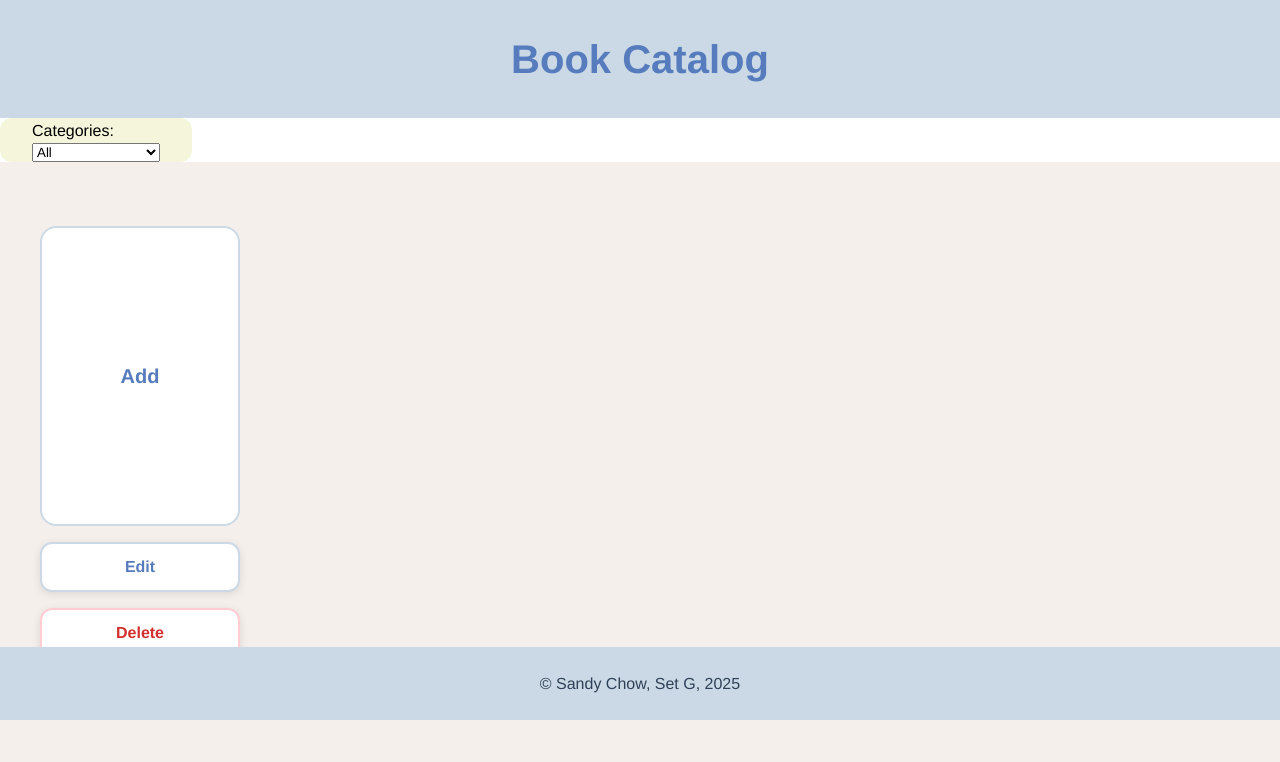
Repository: Bcit-sandy/COMP3170_Lab7
Page: /
These files come from the project's save history. The page is drawn as it stood at one moment and after the next save; the edit follows.
The browser window is 1280 px wide. The pictures show the whole page.
The project was rebuilt for these pictures with package versions that can differ from the ones it lists, and the page was loaded fresh each time. Also part of the build but not shown: vite.config.js, src/components/Info.jsx, src/components/Book.jsx.

Above is the page before, as saved 2025-10-25 23:42:55.

### index.html
<!doctype html>
<html lang="en">
  <head>
    <meta charset="UTF-8" />
    <link rel="icon" type="image/svg+xml" href="/vite.svg" />
    <meta name="viewport" content="width=device-width, initial-scale=1.0" />
    <title>Book Catalog App</title>
  </head>
  <body>
    <div id="root"></div>
    <script type="module" src="/src/main.jsx"></script>
  </body>
</html>

### src/main.jsx
import { StrictMode } from 'react';
import { createRoot } from 'react-dom/client';
import './index.css';
import './components/Modal/Modal.css';
import App from './App.jsx';

createRoot(document.getElementById('root')).render(
  <StrictMode>
    <App />
  </StrictMode>,
)

### src/index.css
:root {
  --light-blue-color: #CBD9E6;
  --blue-color: #567cbd;
  --beige-color: #f5efeb;
  --dark-blue-color: #2f4156;
  --white-color: #ffffff;
}

*{
  font-family: Helvetica, sans-serif
}

body {
  margin: 0;
  padding: 0;
  line-height: 1.6;
}

.app-header {
  background-color: var(--light-blue-color);
  min-height: 12vh;
  display: flex;
  flex-direction: column;
  align-items: center;
  justify-content: center;
}

.app-name {
  font-size: 2.5rem;
  color: var(--blue-color);
}

.app-main {
  background: var(--beige-color);
  width: 100%;
  min-height: 70vh;
  display: flex;
  flex-direction: column;
  align-items: center;
  justify-content: center;
  padding: 2rem 0;
  flex-wrap: wrap;
}

.app-main-content {
  background: var(--white-color);
  min-height: 10vh;
  width: 100%;
  display: flex;
  flex-direction: column;
  align-items: center;
  justify-content: center;
  padding: 2rem;
  border-radius: 12px;
  margin: 1rem;
  max-width: 1000px;
  flex-wrap: wrap;
}

.learn-more {
  color: var(--blue-color);
  text-decoration: none;
  transition: all 0.3s ease;
}

.learn-more:hover {
  color: var(--dark-blue-color);
  text-decoration: underline;
}

.app-main-content-text {
  font-size: 16px;
  color: var(--dark-blue-color);
  font-weight: 400;
  text-align: center;
  max-width: 600px;
  line-height: 1.7;
}

.add-button {
  background: var(--white-color);
  color: var(--blue-color);
  border: 2px solid var(--light-blue-color);
  border-radius: 16px;
  width: 200px;
  height: 300px;
  display: flex;
  align-items: center;
  justify-content: center;
  cursor: pointer;
  transition: all 0.3s ease;
  font-size: 1.25rem;
  font-weight: 600;
  box-shadow: 0 4px 12px var(--shadow-light);
  position: relative;
  overflow: hidden;

}

.add-button:hover {
  background-color: var(--blue-color);
  color: var(--white-color);
  box-shadow: 0 4px 15px rgba(0, 0, 0, 0.2);
  transform: translateY(-2px);
}

/* Update and Delete Button Styles */
.update-button,
.delete-button {
  background: var(--white-color);
  color: var(--blue-color);
  border: 2px solid var(--light-blue-color);
  border-radius: 12px;
  width: 200px;
  height: 50px;
  display: flex;
  align-items: center;
  justify-content: center;
  cursor: pointer;
  transition: all 0.3s ease;
  font-size: 1rem;
  font-weight: 600;
  box-shadow: 0 2px 8px rgba(0, 0, 0, 0.1);
  position: relative;
  overflow: hidden;
}

.update-button:hover {
  background-color: var(--blue-color);
  color: var(--white-color);
  border-color: var(--blue-color);
  box-shadow: 0 4px 12px rgba(86, 124, 189, 0.3);
  transform: translateY(-2px);
}

.delete-button {
  background: var(--white-color);
  color: #d32f2f;
  border: 2px solid #ffcdd2;
}

.delete-button:hover {
  background-color: #d32f2f;
  color: var(--white-color);
  border-color: #d32f2f;
  box-shadow: 0 4px 12px rgba(211, 47, 47, 0.3);
  transform: translateY(-2px);
}

.update-button:active,
.delete-button:active {
  transform: translateY(0);
  box-shadow: 0 2px 6px rgba(0, 0, 0, 0.2);
}

.app-content-container {
  display: grid;
  grid-template-columns: 200px 1fr;
  gap: 2rem;
  margin: 2rem auto;
  width: 100%;
  max-width: 1200px;
  padding: 0 1rem;
  margin-bottom: 10vh;
  align-items: start;
  justify-items: start;
  justify-content: center;
}

.add-button-column {
  grid-column: 1;
  grid-row: 1/ -1;
  display: flex;
  flex-direction: column;
  justify-content: center;
  align-items: center;
  gap: 1rem;
}

.button-group {
  display: flex;
  flex-direction: column;
  gap: 1rem;
  align-items: center;
  width: 100%;
}

.books-grid {
  grid-column: 2;
  display: grid;
  grid-template-columns: repeat(auto-fill, minmax(180px, 1fr));
  gap: 2rem;
  width: 100%;
  align-items: start;
  justify-items: start;
}

/* Responsive design --- smaller screens */
@media (max-width: 768px) {
  .app-main-content {
    width: 80%;
  }

  .app-content-container {
    grid-template-columns: auto;
    gap: 1rem;
  }

  .add-button-column {
    grid-row: 1/ -1;
    margin-bottom: 2rem;
  }

  .books-grid {
    grid-template-columns: repeat(auto-fill, minmax(180px, 1fr));
    gap: 2rem;
  }

  .add-button,
  .update-button,
  .delete-button {
    width: 150px;
    height: 45px;
    font-size: 0.9rem;
  }

  .add-button {
    height: 200px;
  }
}

.book-container {
  width: 200px;
  height: 300px;
  display: flex;
  flex-direction: column;
  align-items: center;
  border: none;
  background: var(--white-color);
  border-radius: 12px;
  transition: all 0.3s ease;
  overflow: hidden;
  justify-self: start;
  align-self: start;
}

.book-container:hover {
  transform: translateY(-4px);
  box-shadow: 0 8px 20px rgba(0, 0, 0, 0.15);
}

.book-container {
  cursor: pointer;
  position: relative;
}

.book-selected {
  border: 3px solid var(--blue-color) !important;
  background: var(--light-blue-color) !important;
  transform: translateY(-2px);
  box-shadow: 0 6px 16px var(--dark-blue-color) 50%;
}

.remove-button {
  position: absolute;
  top: 8px;
  right: 8px;
  background: var(--dark-blue-color);
  color: var(--white-color);
  border: none;
  border-radius: 50%;
  width: 25px;
  height: 25px;
  display: flex;
  align-items: center;
  justify-content: center;
  font-size: 16px;
  font-weight: bold;
  cursor: pointer;
  opacity: 0;
  transition: opacity 0.2s ease, background 0.2s ease;
  z-index: 2;
}

.book-container:hover .remove-button {
  opacity: 1;
}

.remove-button:hover {
  background: #d32f2f;
  transform: scale(1.1);
}

.book-cover {
  width: 100%;
  height: 100%;
  position: relative;
  overflow: hidden;
}

.book-cover-image {
  width: 100%;
  height: 100%;
  object-fit: cover;
  transition: transform 0.3s ease;
}

.book-container:hover .book-cover-image {
  transform: scale(1.05);
}

.book-price {
  font-size: 16px;
  background: var(--white-color);
  color: var(--dark-blue-color);
  margin: 0;
  width: 100%;
  height: 10px;
  font-weight: bold;
  text-align: center;
  padding: 0.75rem 0.5rem;
  display: flex;
  align-items: center;
  justify-content: center;
  border-top: 1px solid var(--light-blue-color);
}


.info-container {
  width: 100%;
  height: 50px;
  display: flex;
  align-items: center;
  justify-content: center;
  background: var(--light-blue-color);
  border-top: 1px solid var(--light-blue-color);
}

.info-link {
  font-size: 14px;
  color: var(--blue-color);
  background-color: var(--light-blue-color);
  width: 100%;
  height: 100%;
  font-weight: bold;
  text-decoration: none;
  cursor: pointer;
  transition: all 0.3s ease;
  display: flex;
  align-items: center;
  justify-content: center;
  border-radius: 0 0 12px 12px;
}

.info-link:hover {
  color: var(--dark-blue-color);
  text-decoration: underline;
  font-size: 16px;
}

.app-footer {
  background-color: var(--light-blue-color);
  color: var(--dark-blue-color);
  width: 100%;
  height: 10vh;
  display: flex;
  align-items: center;
  justify-content: center;
  position: fixed;
  bottom: 0;
  left: 0;
  border-top: 1px solid var(--light-blue-color);
  font-weight: 500;
  font-size: 16px;
}

### src/components/Modal/Modal.css
/* Modal dialog base */
dialog {
  border: none;
  border-radius: 16px;
  padding: 3rem;
  width: 100vw;
  max-width:400px;
  background: var(--white-color);
  box-shadow: 0 12px 40px rgba(0, 0, 0, 0.25);
}

/* Backdrop */
dialog::backdrop {
  background: rgba(47, 65, 86, 0.15);
  backdrop-filter: blur(2px);
}

/* Heading */
.new-book-form h2,
.form-container h2 {
  margin: 0 0 1rem 0;
  color: var(--blue-color);
  font-size: 1.5rem;
}

/* Form layout */
.new-book-form,
.form-container form {
  display: flex;
  flex-direction: column;
  gap: 1rem;
}

.new-book-form label,
.form-container .form-control label {
  color: var(--dark-blue-color);
  font-weight: bold;
  margin-bottom: 0.5rem;
}

.new-book-form input,
.form-container .form-control input {
    align-items: center;
    height: 1rem;
    font-size: 1rem;
    width: 100%;
    padding: 0.5rem;
    border: 2px solid var(--light-blue-color);
    border-radius: 10px;
}


/* Button style */
.button-primary,
.btn.primary {
  background: var(--blue-color);
  color: var(--white-color);
  border: 1px solid var(--blue-color);
  border-radius: 10px;
  padding: 0.5rem;
  width:50%;
  font-weight: bold;
  cursor: pointer;
}

.button-primary:hover,
.btn.primary:hover {
  background: var(--dark-blue-color);
}

.button-secondary {
  background: var(--white-color);
  color: var(--blue-color);
  border: 2px solid var(--light-blue-color);
  border-radius: 10px;
  padding: 0.5rem 0.9rem;
  font-weight: bold;
  cursor: pointer;
}

.button-secondary:hover {
  background: var(--blue-color);
  color: var(--white-color);
}

.form-container .form-control {
  display: flex;
  flex-direction: column;
}

/* Small screens */
@media (max-width: 480px) {
  dialog {
    width: 95vw;
    padding: 1.25rem;
  }
}

### src/App.jsx
import { useState } from "react";
import Book from "./components/Book";
import Add from "./components/New";
import Main from "./components/Main";
import data from "../data/books.json";
import Filter from "./components/Filter/Filter";

function App() {
  const [books, setBooks] = useState(data);
  const [selectedBook, setSelectedBook] = useState(null);

  function getBooks(bookData) {
    const isSelected = selectedBook && (selectedBook.isbn13 || selectedBook.title) === (bookData.isbn13 || bookData.title);
    return (
      <Book
        key={bookData.isbn13 || bookData.title}
        data={bookData}
        onSelect={handleBookSelection}
        isSelected={isSelected}
      />
    );
  }

  function handleBookSelection(book) {
    // If clicking the same book that's already selected, unselect it
    if (selectedBook && (selectedBook.isbn13 || selectedBook.title) === (book.isbn13 || book.title)) {
      setSelectedBook(null);
    } else {
      // Otherwise, select the clicked book
      setSelectedBook(book);
    }
  }

  function handleUpdateBook(updatedBook) {
    setBooks(prevBooks =>
      prevBooks.map(book =>
        (book.isbn13 || book.title) === (updatedBook.isbn13 || updatedBook.title)
          ? updatedBook
          : book
      )
    );
    setSelectedBook(updatedBook);
  }

  function handleDeleteBook() {
    if (selectedBook) {
      setBooks(prevBooks => prevBooks.filter(book =>
          (book.isbn13 || book.title) !== (selectedBook.isbn13 || selectedBook.title)
        ));
        setSelectedBook(null);
    } else {
      alert("Please select a book to delete");
    }
  }

  function handleAddBook(newBook) {
    setBooks(prevBooks => [...prevBooks, newBook]);
  }

  const categories = [...new Set(books.map(book => book.category))];

  return (
    <div>
      <header className="app-header">
       <h1 className="app-name">Book Catalog</h1>
      </header>

      <Filter/>
      <main className="app-main">

        <div className="app-content-container">
          <div className="add-button-column">
            <Add
              onDelete={handleDeleteBook}
              onAddBook={handleAddBook}
              book={selectedBook}
              update={handleUpdateBook}
            />
          </div>
          <Main>
            {books.map(getBooks)}
          </Main>
        </div>
      </main>

      <footer className="app-footer">
        <p>&copy; Sandy Chow, Set G, 2025</p>
      </footer>
    </div>

  )
}

export default App;

### src/components/New.jsx
import Modal from "./Modal/Modal";
import BookForm from "./Bookform";

function Add ({ onDelete, onAddBook, book, update }) {
  return (
    <div className="button-group">
      <Modal btnLabel="Add" btnClassName="add-button">
        <BookForm onAddBook={onAddBook} />
      </Modal>

      <Modal btnLabel="Edit" btnClassName="update-button">
        <BookForm book={book} add={update} onAddBook={onAddBook}/>
      </Modal>

      <button
        className="delete-button"
        onClick={onDelete}
        title="Delete selected book"
      >
        Delete
      </button>
    </div>
  )
}

export default Add

### src/components/Main.jsx
export default function Main({children}) {
    return (
        <main className="books-grid">
            {children}
        </main>
    );
}

### data/books.json
    [
]

### src/components/Filter/Filter.jsx
import "./Filter.css";
import { useState } from "react";
function Filter({ categories = [] }) {
    const [filter, setFilter] = useState('');
    return (
        <div className="filter-container">
            Categories:
            <select
                value={filter}
                onChange={(e) => setFilter(e.target.value)}>
                <option value=''>All</option>
                {[...categories].map((category) => (
                    <option value={category}>{category}</option>
                ))}
            </select>
        </div>
    );
}

export default Filter;

### src/components/Modal/Modal.jsx
import { useRef } from 'react';

function Modal({ btnLabel, btnClassName, children }) {

    const modalRef = useRef();

    function openModal() {
        modalRef.current.showModal();
    }

    function closeModal() {
        modalRef.current.close();
    }

    return (
        <>
            <button onClick={openModal} className={btnClassName}>{btnLabel}</button>
            <dialog ref={modalRef}>
                {children}
            </dialog>
        </>
    );

}

export default Modal;

### src/components/Bookform.jsx
import { useState } from "react";
import { nanoid } from "nanoid";

function BookForm({book, add, onAddBook}) {
    const [formData, setFormData] = useState({
        title: book?.title || '',
        author: book?.author || '',
        publisher: book?.publisher || '',
        year: book?.year || '',
        language: book?.language || '',
        pages: book?.pages || '',
        image: book?.image || ''
    });

    function handleChange(e) {
        const { name, value } = e.target;
        setFormData(prev => ({
            ...prev,
            [name]: value
        }));
    }

    function handleSubmit(e) {
        e.preventDefault();

        if (book) {
            // Edit mode - update existing book
            const updatedBook = {
                ...book,
                title: formData.title,
                author: formData.author,
                publisher: formData.publisher,
                year: formData.year,
                language: formData.language,
                pages: formData.pages,
                image: formData.image
            };
            add(updatedBook);
        } else {
            // Add mode - create new book
            const newBook = {
                title: formData.title,
                author: formData.author,
                publisher: formData.publisher,
                year: formData.year,
                language: formData.language,
                pages: formData.pages,
                image: formData.image,
                url: '#',
                isbn13: nanoid(),
                selected: false
            };
            if (onAddBook) {
                onAddBook(newBook);
            }
        }

        // Close modal
        const modal = document.querySelector('dialog[open]');
        if (modal) {
            modal.close();
        }

        // Reset form
        setFormData({
            title: '',
            author: '',
            publisher: '',
            year: '',
            language: '',
            pages: '',
            image: ''
        });
    }

    return (
        <div className="form-container">
            <h2> {book ? 'Edit book' : 'Add a new book'} </h2>
            <form onSubmit={handleSubmit}>
                <div className="form-control">
                    <label htmlFor="title"> Title </label>
                    <input
                        type="text"
                        name="title"
                        placeholder="Title..."
                        value={formData.title}
                        onChange={handleChange}
                    />
                </div>

                <div className="form-control">
                    <label htmlFor="author"> Author </label>
                    <input
                        type="text"
                        name="author"
                        placeholder="Author..."
                        value={formData.author}
                        onChange={handleChange}
                    />
                </div>

                <div className="form-control">
                     <label htmlFor="publisher"> Publisher </label>
                    <input
                        type="text"
                        name="publisher"
                        placeholder="Publisher..."
                        value={formData.publisher}
                        onChange={handleChange}
                    />
                </div>

                <div className="form-control">
                     <label htmlFor="year"> Publication Year </label>
                    <input
                        type="number"
                        name="year"
                        placeholder="Publication Year..."
                        value={formData.year}
                        onChange={handleChange}
                        min="1000"
                        max="2025"
                    />
                </div>

                <div className="form-control">
                     <label htmlFor="language"> Language </label>
                    <input
                        type="text"
                        name="language"
                        placeholder="Language..."
                        value={formData.language}
                        onChange={handleChange}
                    />
                </div>

                <div className="form-control">
                     <label htmlFor="pages"> Pages </label>
                    <input
                        type="number"
                        name="pages"
                        placeholder="Pages..."
                        value={formData.pages}
                        onChange={handleChange}
                        min="1"
                    />
                </div>

                <div className="form-control">
                     <label htmlFor="image"> Image URL </label>
                    <input
                        type="url"
                        name="image"
                        placeholder="https://..."
                        value={formData.image}
                        onChange={handleChange}
                    />
                </div>

                <button className="btn primary" type="submit">
                    {book ? 'Update' : 'Submit'}
                </button>
            </form>
        </div>
    );
}

export default BookForm;

### src/components/Filter/Filter.css
.filter-container {
    display: flex;
    flex-direction: column;
    align-items: left;
    justify-content: left;
    padding: 0 2rem;
    background-color: beige;
    border-radius: 12px;
    width: 10%;
}

After the next save:
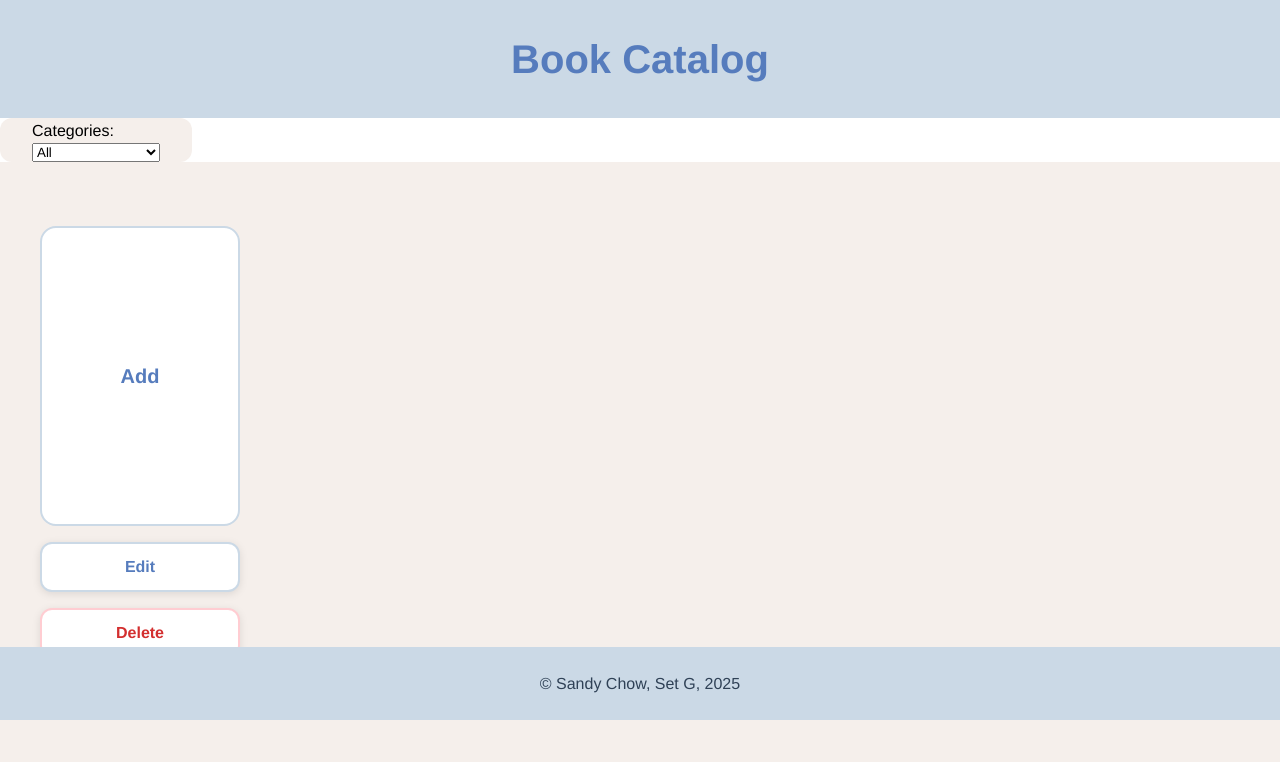
Saved 5 s later.
--- a/src/components/Filter/Filter.css
+++ b/src/components/Filter/Filter.css
@@ -4,7 +4,7 @@
     align-items: left;
     justify-content: left;
     padding: 0 2rem;
-    background-color: beige;
+    background-color: var(--beige-color);
     border-radius: 12px;
     width: 10%;
 }
